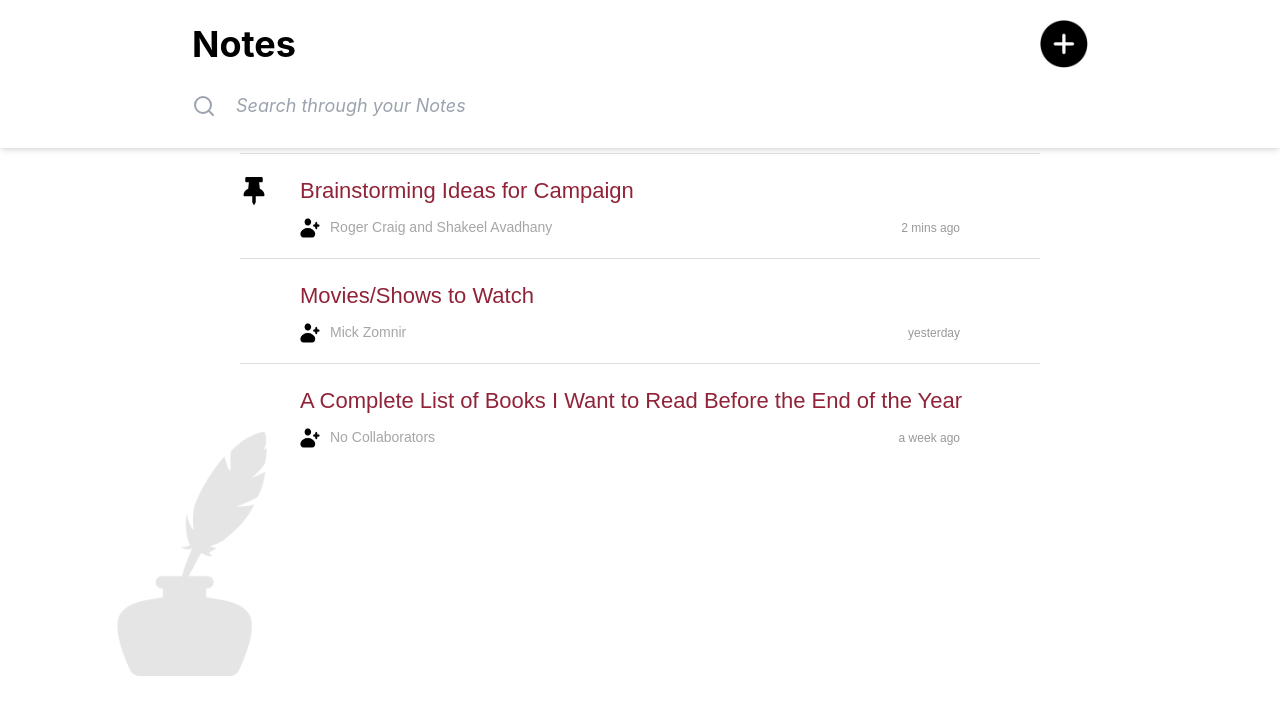
Repository: shabiasaeed/Notes-app
Page: /
These files come from the project's save history. The page is drawn as it stood at one moment and after the next save; the edit follows.
The browser window is 1280 px wide. The pictures show the whole page.
The project was rebuilt for these pictures with package versions that can differ from the ones it lists, and the page was loaded fresh each time. Also part of the build but not shown: src/components/Header.css.

Above is the page before, as saved 2025-01-01 17:55:43.

After the next save:
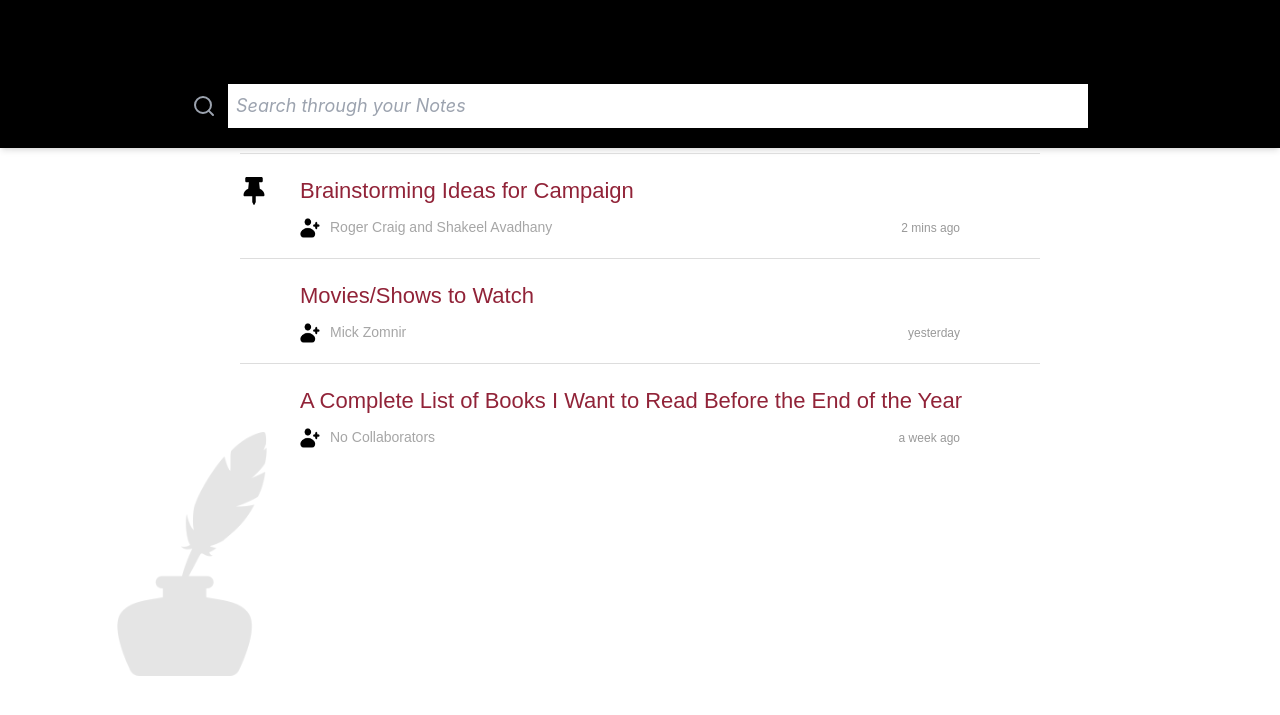
Saved 15 s later.
--- a/src/components/Header.js
+++ b/src/components/Header.js
@@ -6,7 +6,7 @@
 // Component to handle the display of the application's header section
 const Header = ({ setSearchNotes }) => {
   return (
-    <header className="p-5 bg-white flex flex-col items-center shadow-md">
+    <header className="p-5 bg-black flex flex-col items-center shadow-md">
       <div className="flex items-center justify-between w-full max-w-4xl">
         <h1 className="text-4xl font-bold text-black">Notes</h1>
         <button className="bg-transparent border-none cursor-pointer">

After the save that followed:
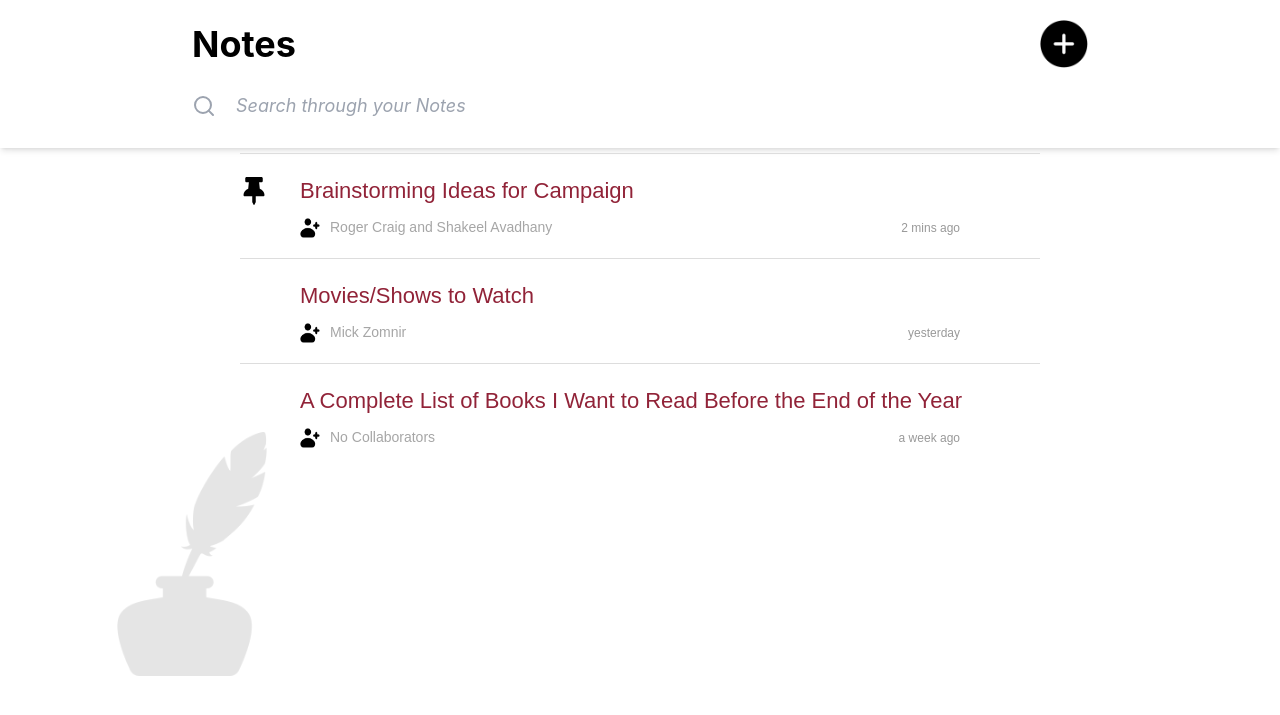
Saved 15 s later.
--- a/src/components/Header.js
+++ b/src/components/Header.js
@@ -6,7 +6,7 @@
 // Component to handle the display of the application's header section
 const Header = ({ setSearchNotes }) => {
   return (
-    <header className="p-5 bg-black flex flex-col items-center shadow-md">
+    <header className="p-5 flex flex-col items-center shadow-md">
       <div className="flex items-center justify-between w-full max-w-4xl">
         <h1 className="text-4xl font-bold text-black">Notes</h1>
         <button className="bg-transparent border-none cursor-pointer">
